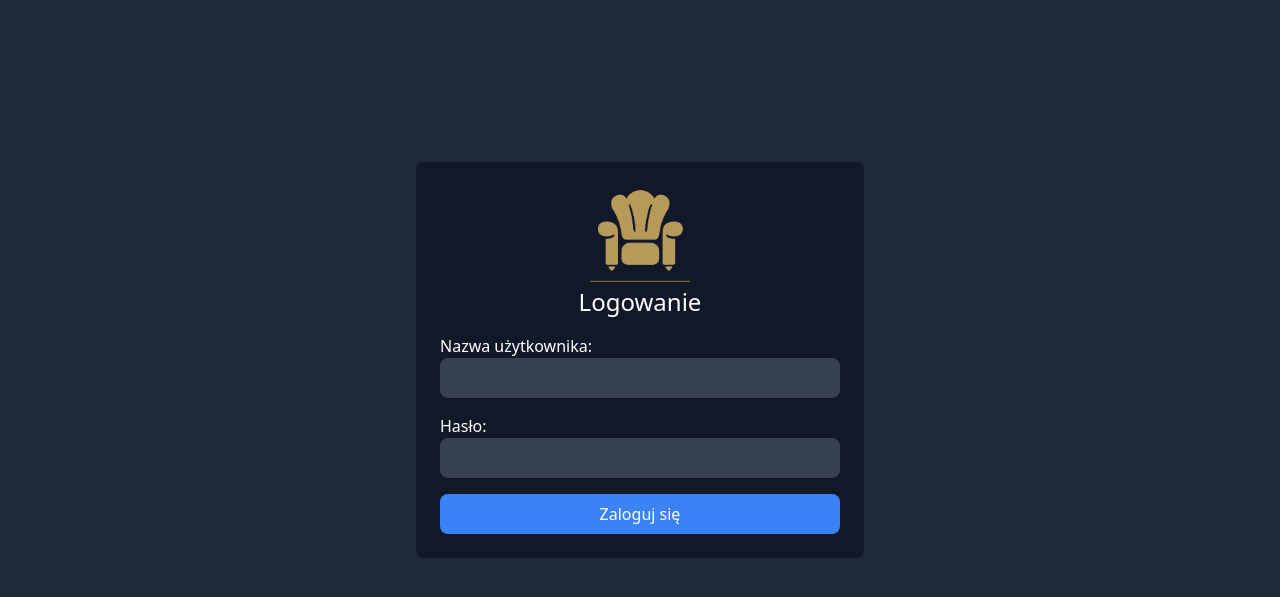
Repository: DaveCala/AplikacjaMeble
Page: http://localhost/login/login_form.php
These files come from the project's save history. The page is drawn as it stood at one moment and after the next save; the edit follows.
The browser window is 1280 px wide. The pictures show the whole page.
Some web libraries are served in a nearby version. The page is run by PHP 8.4 with error messages shown; the project is at /var/www/html/.

Above is the page before, as saved 2024-11-29 11:41:31.

### login/login_form.php
<?php
session_start();
?>

<!DOCTYPE html>
<html lang="pl">
<head>
    <meta charset="UTF-8">
    <meta name="viewport" content="width=device-width, initial-scale=1.0">
    <title>Logowanie</title>
    <script src="https://cdn.tailwindcss.com"></script>
</head>
<body class="bg-gray-800 flex items-center justify-center min-h-screen">

    <div class="bg-gray-900 p-6 rounded-lg w-full max-w-md">
    <div class="flex justify-center items-center">
            <img src="../img/logo_beautysofa_24_pionowe.png" style="width: 100px; height: 100px; object-fit: contain;" alt="Logo BeautySofa">
        </div>
        <h1 class="text-white text-2xl mb-4 text-center">Logowanie</h1>

        <!-- Sprawdzamy, czy w sesji jest komunikat o błędzie -->
        <?php if (isset($_SESSION['error_message'])) : ?>
            <div class="bg-red-600 text-white py-2 px-4 rounded-lg mb-4">
                <?php echo htmlspecialchars($_SESSION['error_message']); ?>
            </div>
            <?php unset($_SESSION['error_message']); // Usuwamy komunikat po wyświetleniu ?>
        <?php endif; ?>

        <!-- Formularz logowania -->
        <form method="POST" action="login.php">
            <div class="mb-4">
                <label for="username" class="block text-white">Nazwa użytkownika:</label>
                <input type="text" name="username" id="username" class="w-full py-2 px-4 rounded-lg bg-gray-700 text-white" value="">
            </div>
            <div class="mb-4">
                <label for="password" class="block text-white">Hasło:</label>
                <input type="password" name="password" id="password" class="w-full py-2 px-4 rounded-lg bg-gray-700 text-white" value="">
            </div>
            <button type="submit" class="w-full bg-blue-500 py-2 px-4 rounded-lg text-white hover:bg-blue-600">Zaloguj się</button>
        </form>
    </div>

</body>
</html>

After the next save:
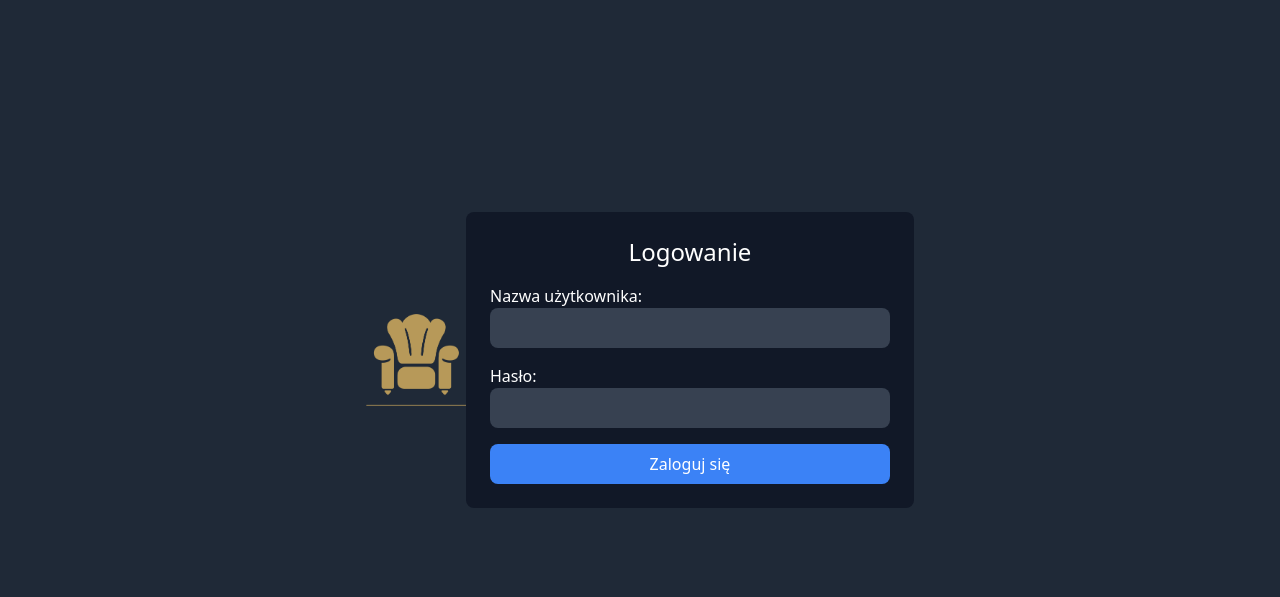
Saved 48 s later.
--- a/login/login_form.php
+++ b/login/login_form.php
@@ -12,10 +12,11 @@ session_start();
 </head>
 <body class="bg-gray-800 flex items-center justify-center min-h-screen">
 
-    <div class="bg-gray-900 p-6 rounded-lg w-full max-w-md">
-    <div class="flex justify-center items-center">
+        <div class="flex justify-center items-center">
             <img src="../img/logo_beautysofa_24_pionowe.png" style="width: 100px; height: 100px; object-fit: contain;" alt="Logo BeautySofa">
         </div>
+
+    <div class="bg-gray-900 p-6 rounded-lg w-full max-w-md">
         <h1 class="text-white text-2xl mb-4 text-center">Logowanie</h1>
 
         <!-- Sprawdzamy, czy w sesji jest komunikat o błędzie -->
